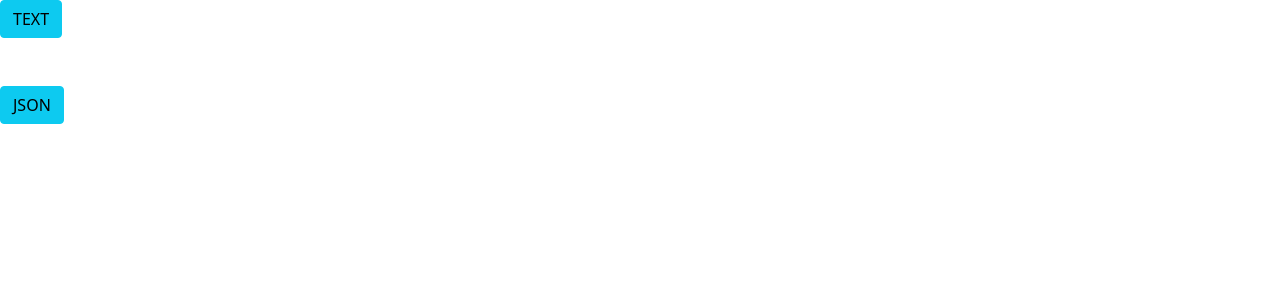
Repository: skepp4rn/todolist
Page: index.html
An editor plug-in stored every save of this project. The page is shown before and after the next save, followed by the edit.
The browser window is 1280 px wide. The pictures show the whole page.

Above is the page before, as saved 2021-01-28 11:18:39.

### index.html
<!DOCTYPE html>
<html lang="en">
<head>
  <meta charset="UTF-8">
  <meta name="viewport" content="width=device-width, initial-scale=1.0">
  <link href="https://cdn.jsdelivr.net/npm/bootstrap@5.0.0-beta1/dist/css/bootstrap.min.css" rel="stylesheet" integrity="sha384-giJF6kkoqNQ00vy+HMDP7azOuL0xtbfIcaT9wjKHr8RbDVddVHyTfAAsrekwKmP1" crossorigin="anonymous">

  <title>Document</title>
</head>
<body>

  <button id="btn" class="btn btn-info">TEXT</button>
  <div id="text-output"></div>
  <br>
  <br>
  <button id="btn2" class="btn btn-info">JSON</button>
  <div id="json-output"></div>



  <script src="https://cdn.jsdelivr.net/npm/bootstrap@5.0.0-beta1/dist/js/bootstrap.min.js" integrity="sha384-pQQkAEnwaBkjpqZ8RU1fF1AKtTcHJwFl3pblpTlHXybJjHpMYo79HY3hIi4NKxyj" crossorigin="anonymous"></script>
  <script src="script.js"></script>
</body>
</html>

### script.js
/*
    HTTP:
    GET     -   När vi vill hämta saker
    POST    -   När vi vill skapa saker
    PUT     -   När vi vill uppdatera ett helt objekt
    PATCH   -   När vi vill uppdatera hela / delar av ett objekt
    DELETE  -   När vi vill ta bort ett objekt
*/


const btn = document.querySelector('#btn');
const textOutput = document.querySelector('#text-output');
const jsonBtn = document.querySelector('#btn2');
const jsonOutput = document.querySelector('#json-output');


let posts = [];


const getJsonAsync = async () => {
  try {
    const res = await fetch('json.json');
    const data = await res.json();

    posts = data;
    jsonOutput.innerHTML = '';
      posts.forEach(post => {
        jsonOutput.innerHTML +=
        `
        <div class="card">
          <div class="card-body">
            <h3 class="card-title">${post.title}</h3>
            <p class="card-text">${post.body}</p>
          </div>
        </div>
        `
      })
  }
  catch(err) {
    console.log(err)
  }
}



const getJson = () => {
  fetch('json.json')
  .then(res => res.json())
  .then(data => {
    posts = data;
    // console.log(posts);

    jsonOutput.innerHTML = '';
    posts.forEach(post => {
      jsonOutput.innerHTML +=
      `
      <div class="card">
        <div class="card-body">
          <h3 class="card-title">${post.title}</h3>
          <p class="card-text">${post.body}</p>
        </div>
      </div>
      `
    })
  })
  .catch(error => {
    console.log('fel! ' + error);
  })
}


btn.addEventListener('click', function() {

  fetch('text.txt')
  .then(res => {
    // console.log(res);
    return res.text()
  })
  .then(data => {
    // console.log(data);
    textOutput.innerText = data;
  })
  .catch(error => {
    console.log('fel! ' + error);
  })


})

jsonBtn.addEventListener('click', getJsonAsync)



const promise = function() {
  return new Promise((resolve, reject) => {

    console.log('hämtar data');
    setTimeout(() => {

      if(false) {
        resolve(
          {
            status: 200,
            obj() {
              return {
                title: 'blog post 1',
                body: 'Det här är en blog post'
              }
            }
          }
        )
      } else {
        reject(new Error('could not get data'))
      }
    }, 2000)

  })
}

promise()
.then(res => res.obj())
.then(post => console.log(post))
.catch(err => console.log('feeeel' + err))

After the next save:
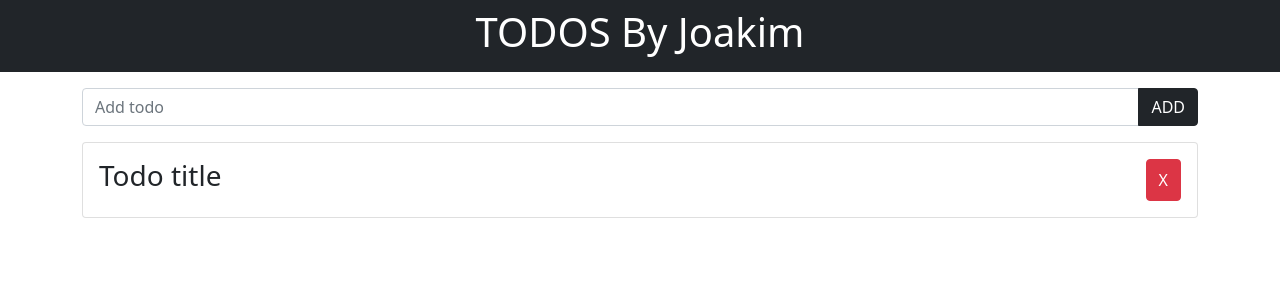
Console error: TypeError: Cannot read properties of null (reading 'addEventListener')
Not found: custom.css
Saved 42 s later.
--- a/index.html
+++ b/index.html
@@ -4,18 +4,38 @@
   <meta charset="UTF-8">
   <meta name="viewport" content="width=device-width, initial-scale=1.0">
   <link href="https://cdn.jsdelivr.net/npm/bootstrap@5.0.0-beta1/dist/css/bootstrap.min.css" rel="stylesheet" integrity="sha384-giJF6kkoqNQ00vy+HMDP7azOuL0xtbfIcaT9wjKHr8RbDVddVHyTfAAsrekwKmP1" crossorigin="anonymous">
-
-  <title>Document</title>
+  <link rel="stylesheet" href="custom.css">
+  <title>Todos by Joakim</title>
 </head>
 <body>
+  <nav class="navbar bg-dark d-flex justify-content-center">
+    <h1 class="text-white">TODOS By Joakim</h1>
+  </nav>
 
-  <button id="btn" class="btn btn-info">TEXT</button>
-  <div id="text-output"></div>
-  <br>
-  <br>
-  <button id="btn2" class="btn btn-info">JSON</button>
-  <div id="json-output"></div>
+  <form id="todoForm" class="container">
+    <div class="input-group my-3">
+      <input type="text" id="todoInput" class="form-control" placeholder="Add todo">
+      <button class="btn btn-dark">ADD</button>
+    </div>
+  </form>
 
+  <div id="output" class="container">
+
+    <div class="card p-3 my-3 todo">
+      <div class="d-flex justify-content-between">
+        <h3 class="title">Todo title</h3>
+        <button class="btn btn-danger">X</button>
+      </div>
+    </div>
+    <!-- <div class="card p-3 my-3 todo">
+      <div class="d-flex justify-content-between">
+        <h3 class="title">Todo title</h3>
+        <button class="btn btn-danger">X</button>
+      </div>
+    </div> -->
+
+
+  </div>
 
 
   <script src="https://cdn.jsdelivr.net/npm/bootstrap@5.0.0-beta1/dist/js/bootstrap.min.js" integrity="sha384-pQQkAEnwaBkjpqZ8RU1fF1AKtTcHJwFl3pblpTlHXybJjHpMYo79HY3hIi4NKxyj" crossorigin="anonymous"></script>
